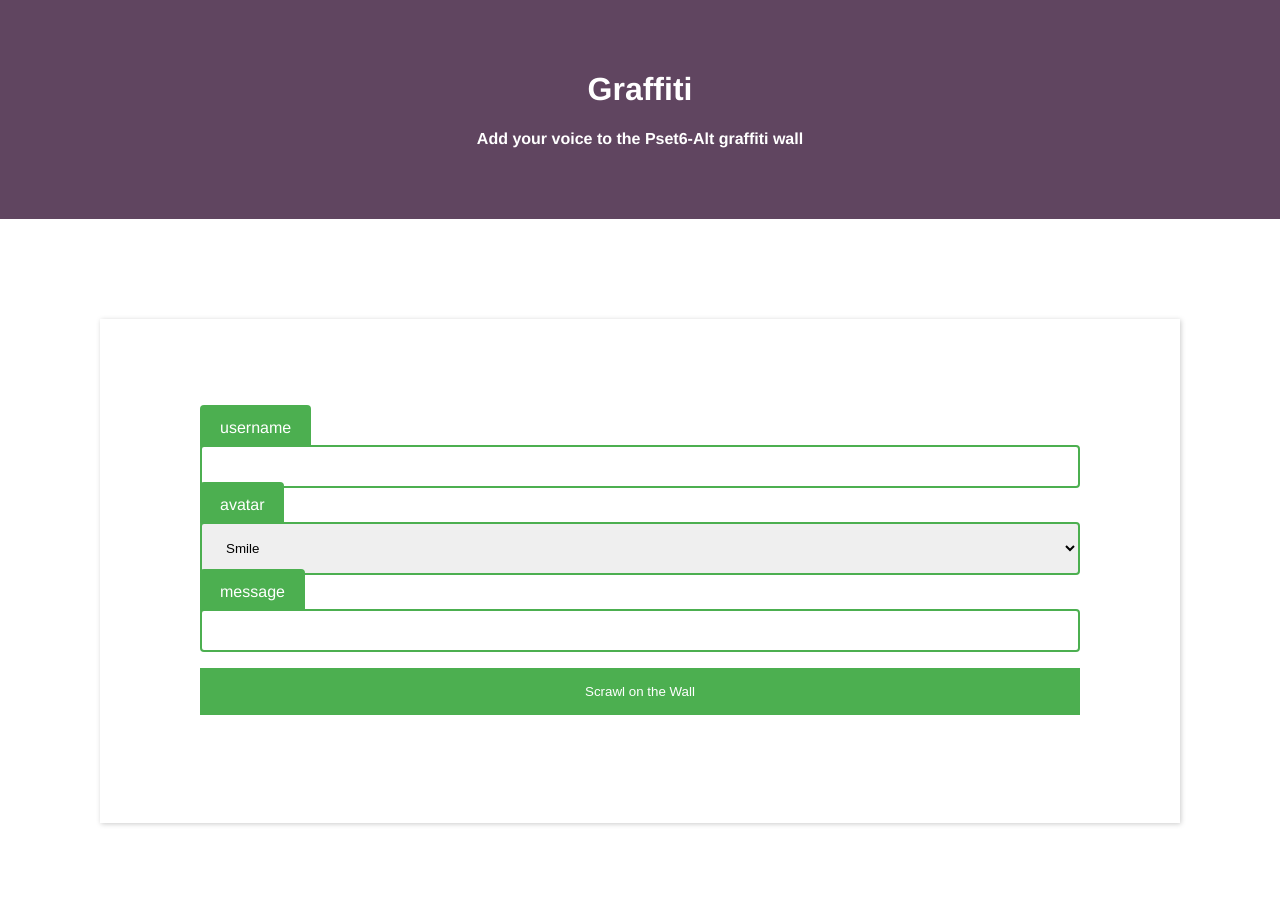
Repository: egniebauer/cs50x-LaunchCode
Page: pset-graffitiwall/graffiti.html
The author's editor kept a record of every edit. The page is drawn from the files as they stood at one moment, then again after the next edit.
The browser window is 1280 px wide. The pictures show the whole page.
Some web libraries are served in a nearby version.

Above is the page before.

After the next edit:
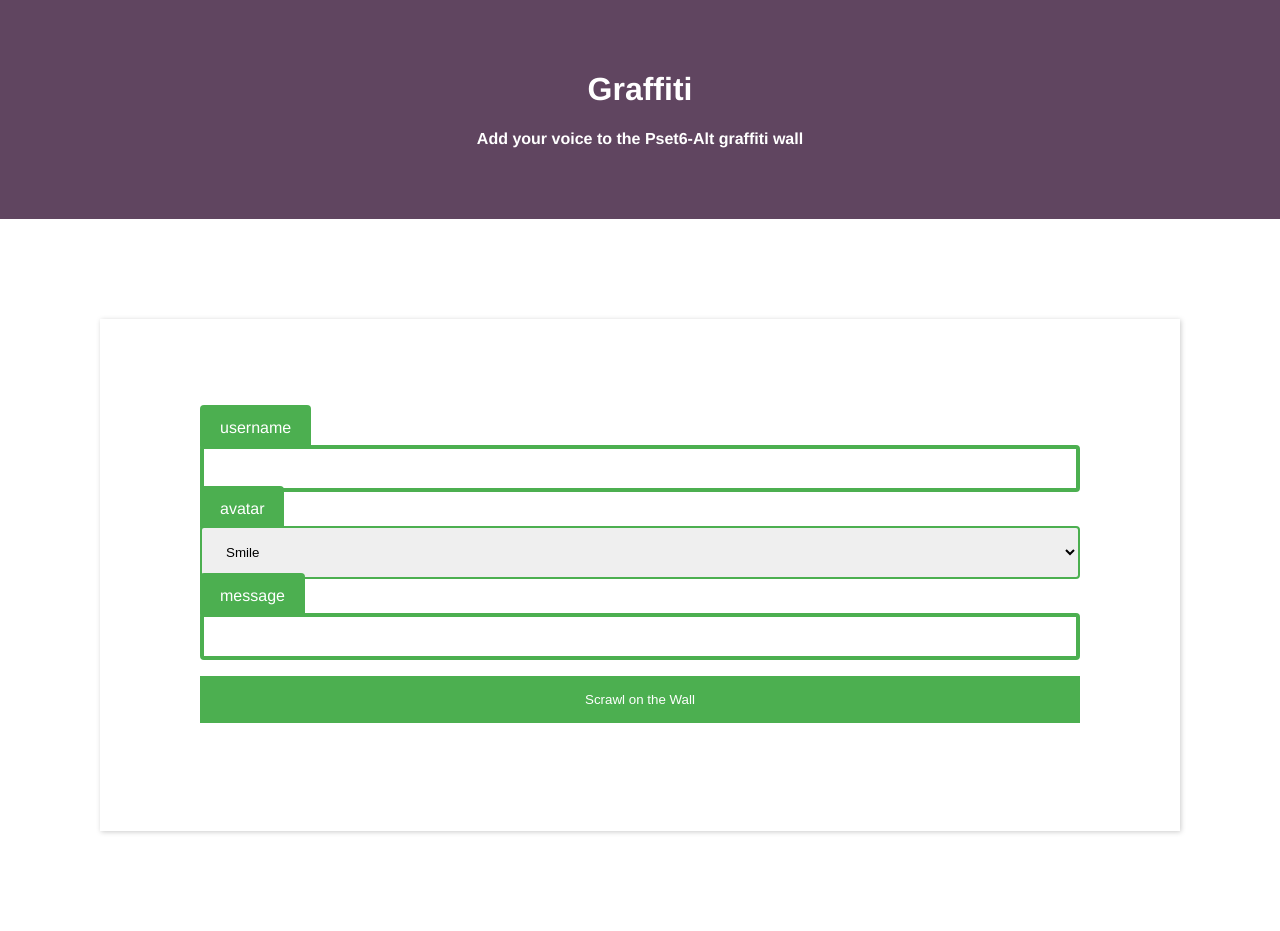
The edit:
--- a/pset-graffitiwall/styles.css
+++ b/pset-graffitiwall/styles.css
@@ -18,7 +18,7 @@
 }
 
 input[type=text] {
-    border: 2px solid #4CAF50;
+    border: 4px solid #4CAF50;
     border-radius: 4px;
     width: 100%;
     padding: 12px 20px;
